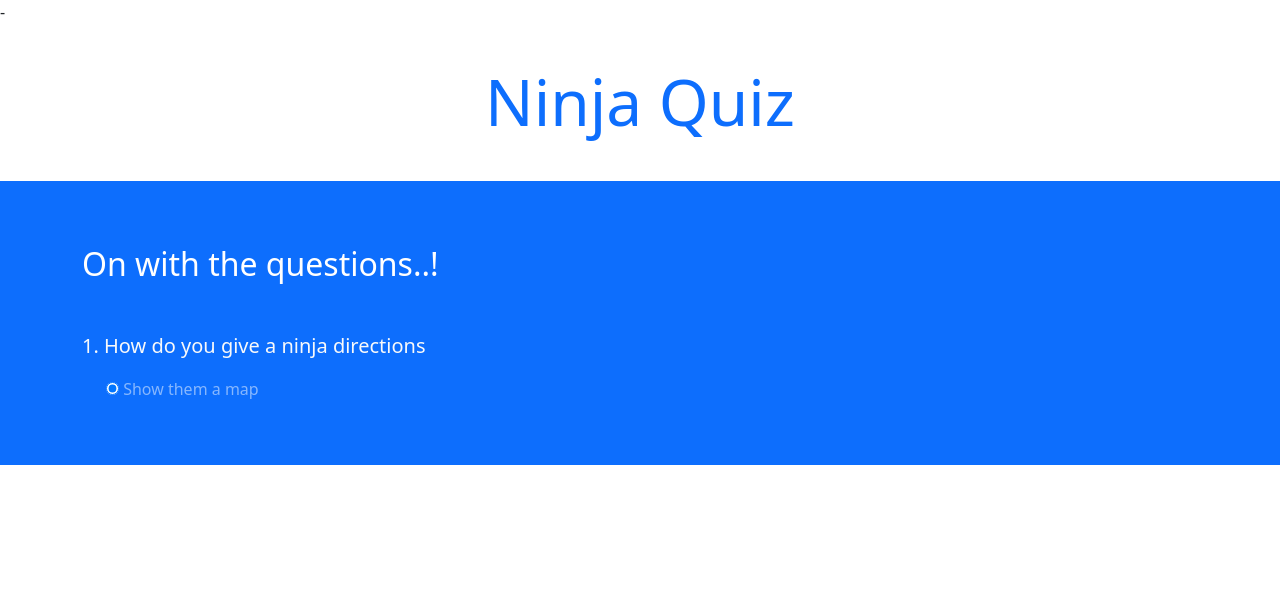
Repository: Programmer-RD-AI/Modern-JavaScript-Complete-guide-from-Novice-to-Ninja
Page: ninja_quiz/index.html
These files come from the project's save history. The page is drawn as it stood at one moment and after the next save; the edit follows.
The browser window is 1280 px wide. The pictures show the whole page.

Above is the page before, as saved 2023-12-26 15:27:09.

### ninja_quiz/index.html
<html lang="en">
  <head>
    <meta charset="UTF-8" />
    -
    <meta name="viewport" content="width=device-width, initial-scale=1.0" />
    <link
      href="https://cdn.jsdelivr.net/npm/bootstrap@5.3.2/dist/css/bootstrap.min.css"
      rel="stylesheet"
      integrity="sha384-T3c6CoIi6uLrA9TneNEoa7RxnatzjcDSCmG1MXxSR1GAsXEV/Dwwykc2MPK8M2HN"
      crossorigin="anonymous"
    />
    <title>Ninja Quiz</title>
    <link rel="stylesheet" href="style.css" />
  </head>
  <body>
    <!-- introduction -->
    <div class="intro py-3 bg-white text-center">
      <div class="container">
        <h2 class="text-primary display-3 my-4">Ninja Quiz</h2>
      </div>
    </div>
    <!-- quiz section -->
    <div class="quiz py-3 bg-primary">
      <div class="container">
        <h2 class="my-5 text-white">On with the questions..!</h2>
        <form class="quiz-form text-light">
          <div class="my-5">
            <p class="lead font-weight-normal">
              1. How do you give a ninja directions
            </p>
            <div class="form-check my-2 text-white-50">
              <input type="radio" name="q1" value="A" checked />
              <label class="form-check-label">Show them a map</label>
            </div>
          </div>
        </form>
      </div>
    </div>
    <script src="app.js"></script>
  </body>
</html>

Loaded but not shown: ninja_quiz/app.js (no copy from this time; the picture is the same without it); ninja_quiz/style.css (no stored copy; drawn as an empty file)

After the next save:
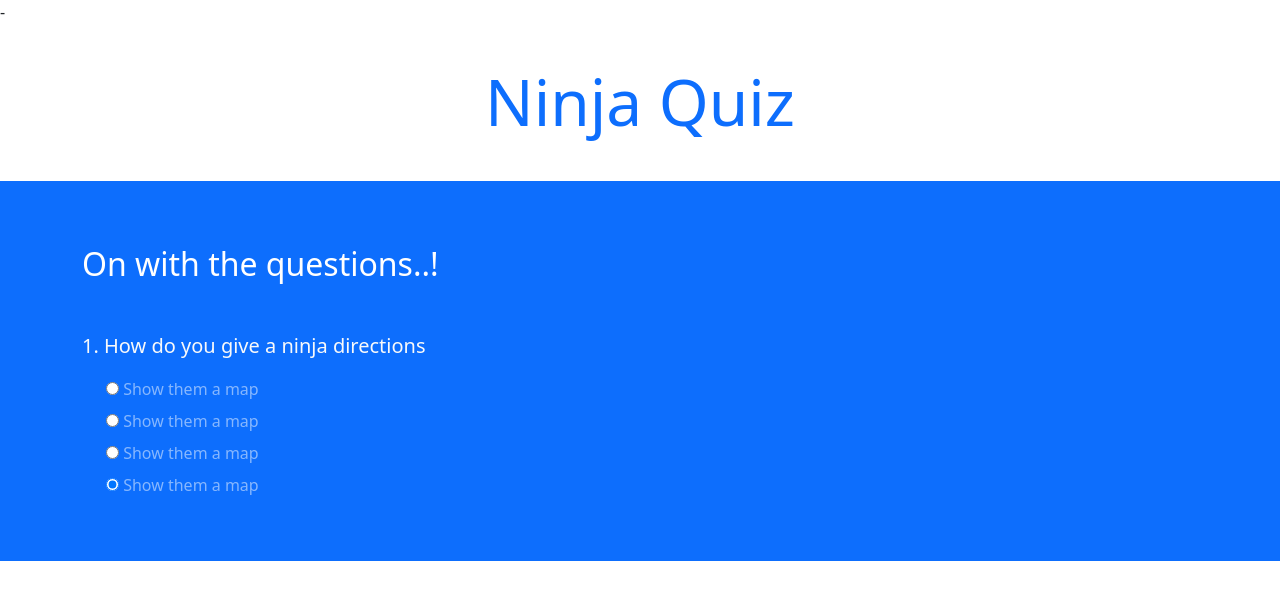
Saved 9 s later.
--- a/ninja_quiz/index.html
+++ b/ninja_quiz/index.html
@@ -32,6 +32,18 @@
               <input type="radio" name="q1" value="A" checked />
               <label class="form-check-label">Show them a map</label>
             </div>
+            <div class="form-check my-2 text-white-50">
+              <input type="radio" name="q1" value="A" checked />
+              <label class="form-check-label">Show them a map</label>
+            </div>
+            <div class="form-check my-2 text-white-50">
+              <input type="radio" name="q1" value="A" checked />
+              <label class="form-check-label">Show them a map</label>
+            </div>
+            <div class="form-check my-2 text-white-50">
+              <input type="radio" name="q1" value="A" checked />
+              <label class="form-check-label">Show them a map</label>
+            </div>
           </div>
         </form>
       </div>
